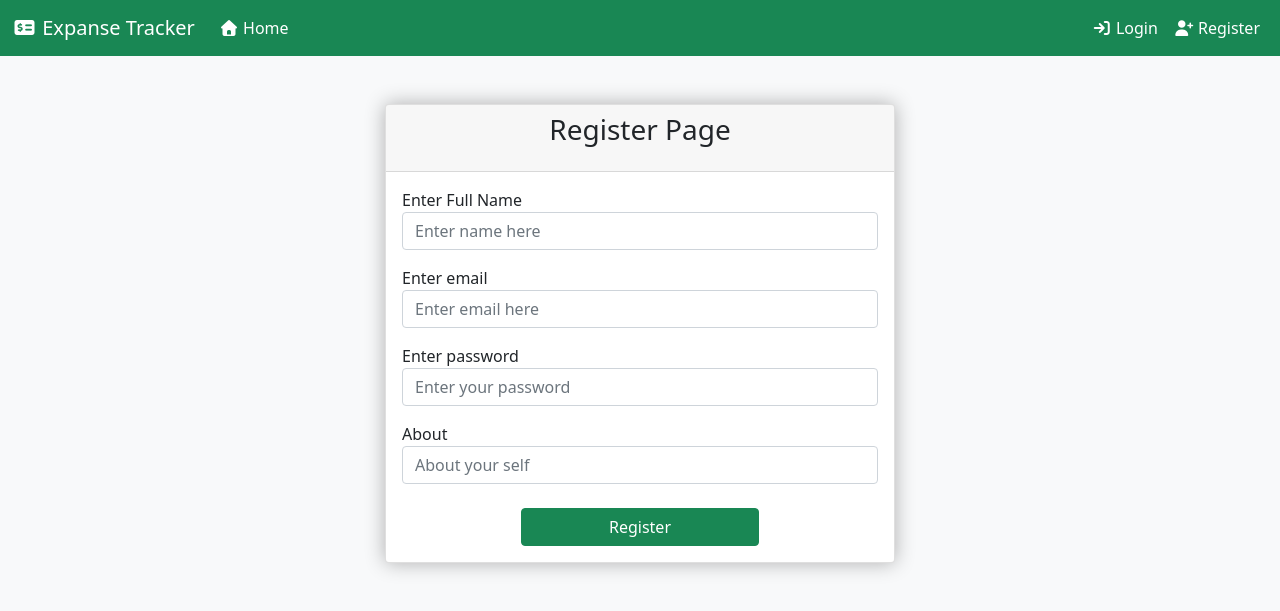
Repository: Hashim-Ansari-82/Java_Project
Page: http://localhost/Online_Expanse_Tracker/register.jsp
These files come from the project's save history. The page is drawn as it stood at one moment and after the next save; the edit follows.
The browser window is 1280 px wide. The pictures show the whole page.
Some web libraries are served in a nearby version. The page is served by Tomcat 9.

Above is the page before, as saved 2026-05-26 18:59:27.

After the next save:
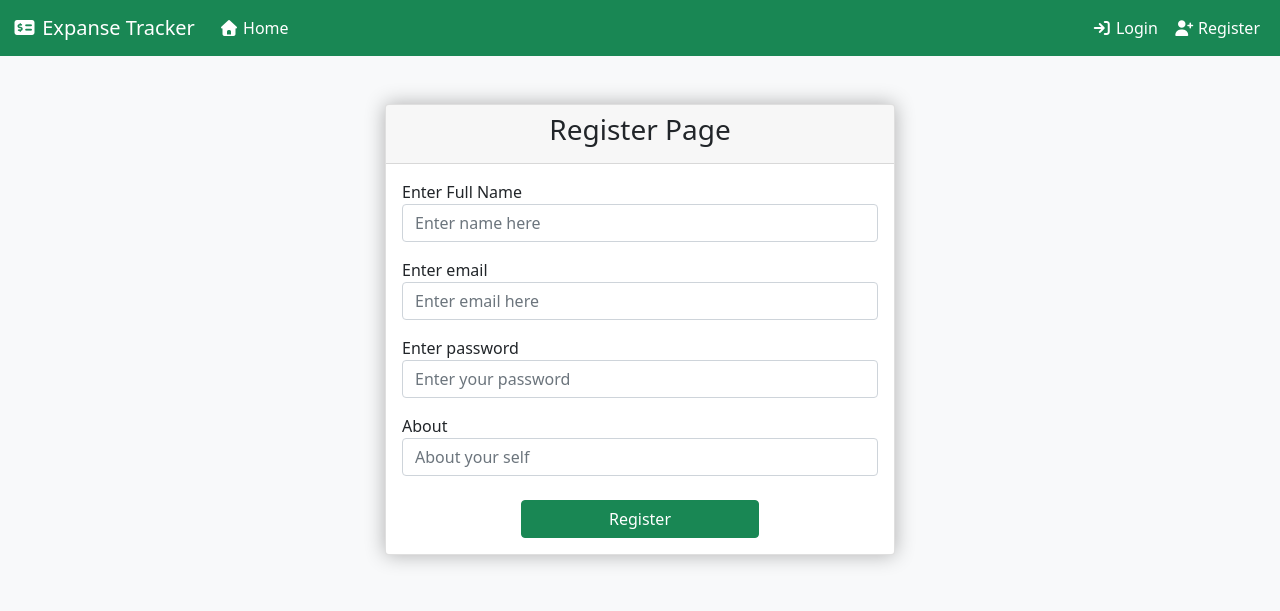
Saved 26 s later.
--- a/Online_Expanse_Tracker/src/main/webapp/register.jsp
+++ b/Online_Expanse_Tracker/src/main/webapp/register.jsp
@@ -22,11 +22,11 @@
 			<div class="col-md-6 offset-md-3">
 				<div class="card card-sh">
 					<div class="card-header">
-						<h1>
-							<p class="text-center fs-3">Register Page</p>
+						<h1
+							 class="text-center fs-3">Register Page
 							<c:if test="${not empty msg}">
-							<p class="text-center text-primary fw-bold fs-4">${msg}</p>
-					<c:remove var="msg" />
+								<p class="text-center text-primary fw-bold fs-4">${msg}</p>
+								<c:remove var="msg" />
 							</c:if>
 						</h1>
 					</div>
